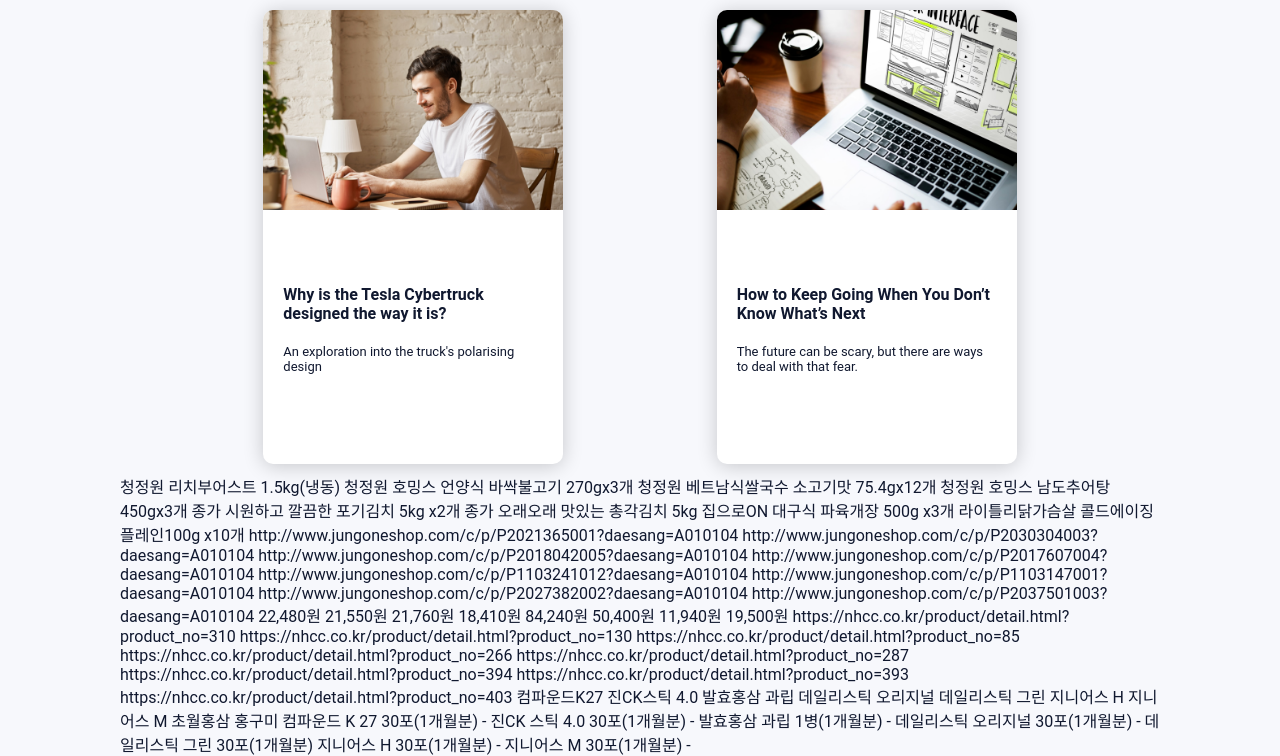
Repository: Nam936/exercises
Page: card.html
The author's editor kept a copy of each file at every save. The page is drawn from the files as they stood at one save, then again after the next save.
The browser window is 1280 px wide. The pictures show the whole page.

Above is the page before, as saved 2023-01-13 13:35:35.

### card.html
<!DOCTYPE html>
<html lang="en">

<head>
    <meta charset="UTF-8" />
    <meta name="viewport" content="width=device-width, initial-scale=1.0" />
    <meta http-equiv="X-UA-Compatible" content="ie=edge" />
    <title>Card Layout with CSS Grid</title>
    <link rel="stylesheet" href="card.css" />
    <link href="https://fonts.googleapis.com/css?family=Open+Sans&display=swap" rel="stylesheet" />
</head>

<body>


    <div class="container">
        <div class="card">
            <div class="card-header">
                <img src="/img/Rectangle 66.png" alt="rover" />
            </div>
            <div class="card-body">
                <h4>
                    Why is the Tesla Cybertruck designed the way it
                    is?
                </h4>
                <p>
                    An exploration into the truck's polarising design
                </p>
            </div>
        </div>
        <div class="card">
            <div class="card-header">
                <img src="/img/Rectangle 66_2.png"
                    alt="ballons" />
            </div>
            <div class="card-body">
                <h4>
                    How to Keep Going When You Don’t Know What’s Next
                </h4>
                <p>
                    The future can be scary, but there are ways to
                    deal with that fear.
                </p>

            </div>
        </div>

        <!-- <main>
        <section class="cards">
            <div class="card">
                <div class="card-image-container">
                    <img
                        src="https://images.unsplash.com/photo-1464822759023-fed622ff2c3b?ixlib=rb-1.2.1&ixid=eyJhcHBfaWQiOjEyMDd9&auto=format&fit=crop&w=1200&q=80" />
                </div>
                <div class="card-content">
                    <p class="card-title text-medium">
                        10 secrets to connect with your audience through your website and blog
                    <p>It is not the same to write a blog with simple information as to write by connecting with your
                        target.</p>
                    </p>
                    <div class="day">
                        <div class="blog-date">
                            <img src="/img/Iconex/Calendar.svg" alt="">
                            <p>May 7 2022</p>
                        </div>
                        <div class="time">
                            <img src="/img/Iconex/Time Circle.svg" alt="">
                            <p>10 min read</p>
                        </div>
                    </div>
                </div>
            </div>
            <div class="card">
                <div class="card-image-container">
                    <img
                        src="https://images.unsplash.com/photo-1519681393784-d120267933ba?ixlib=rb-1.2.1&ixid=eyJhcHBfaWQiOjEyMDd9&auto=format&fit=crop&w=1200&q=80" />
                </div>
                <div class="card-content">
                    <p class="card-title text-medium">
                        10 secrets to connect with your audience through your website and blog
                    <p>It is not the same to write a blog with simple information as to write by connecting with your
                        target.</p>
                    </p>
                    <div class="day">
                        <div class="blog-date">
                            <img src="/img/Iconex/Calendar.svg" alt="">
                            <p>May 7 2022</p>
                        </div>
                        <div class="time">
                            <img src="/img/Iconex/Time Circle.svg" alt="">
                            <p>10 min read</p>
                        </div>
                    </div>
                </div>
            </div>
            <div class="card">
                <div class="card-image-container">
                    <img
                        src="https://images.unsplash.com/photo-1519681393784-d120267933ba?ixlib=rb-1.2.1&ixid=eyJhcHBfaWQiOjEyMDd9&auto=format&fit=crop&w=1200&q=80" />
                </div>
                <div class="card-content">
                    <p class="card-title text-medium">
                        10 secrets to connect with your audience through your website and blog
                    <p>It is not the same to write a blog with simple information as to write by connecting with your
                        target.</p>
                    </p>
                    <div class="day">
                        <div class="blog-date">
                            <img src="/img/Iconex/Calendar.svg" alt="">
                            <p>May 7 2022</p>
                        </div>
                        <div class="time">
                            <img src="/img/Iconex/Time Circle.svg" alt="">
                            <p>10 min read</p>
                        </div>
                    </div>
                </div>
            </div> -->
        <!-- <div class="blog-thumbnail">
                <div class="thumbnail">
                    <div class="thumb">
                        <p>These web design trends will help inform and inspire what people build for the web</p>
                        <div class="day">
                            <div class="blog-date">
                                <img src="/img/Iconex/Calendar.svg" alt="">
                                <p>May 7 2022</p>
                            </div>
                            <div class="time">
                                <img src="/img/Iconex/Time Circle.svg" alt="">
                                <p>10 min read</p>
                            </div>
                        </div>
                    </div>
                    <div class="thumb-img">
                        <img src="/img/thumb1.png" alt="">
                    </div>
                </div>

                <div class="thumbnail">
                    <div class="thumb">
                        <p>These web design trends will help inform and inspire what people build for the web</p>
                        <div class="day">
                            <div class="blog-date">
                                <img src="/img/Iconex/Calendar.svg" alt="">
                                <p>May 7 2022</p>
                            </div>
                            <div class="time">
                                <img src="/img/Iconex/Time Circle.svg" alt="">
                                <p>10 min read</p>
                            </div>
                        </div>
                    </div>
                    <div class="thumb-img">
                        <img src="/img/thumb2.png" alt="">
                    </div>
                </div>
                <div class="thumbnail">
                    <div class="thumb">
                        <p>These web design trends will help inform and inspire what people build for the web</p>
                        <div class="day">
                            <div class="blog-date">
                                <img src="/img/Iconex/Calendar.svg" alt="">
                                <p>May 7 2022</p>
                            </div>
                            <div class="time">
                                <img src="/img/Iconex/Time Circle.svg" alt="">
                                <p>10 min read</p>
                            </div>
                        </div>
                    </div>
                    <div class="thumb-img">
                        <img src="/img/thumb3.png" alt="">
                    </div>
                </div>
            </div> -->
        <!-- </section>

    </main>
</body>

</html> -->


        <!-- <section class="cards-cus">
    <div class="card-cus">
        <div class="card-image-container-cus">
            <img
                src="https://images.unsplash.com/photo-1464822759023-fed622ff2c3b?ixlib=rb-1.2.1&ixid=eyJhcHBfaWQiOjEyMDd9&auto=format&fit=crop&w=1200&q=80" />
        </div>
        <div class="card-content-cus">
            <p class="card-title-cus">
                10 secrets to connect with your audience through your website and blog
            <p>It is not the same to write a blog with simple information as to write by connecting with your target.</p>
            </p>
            <div class="day-cus">
                <div class="date-cus">
                    <img src="/img/Iconex/Calendar.svg" alt="">
                    <p>May 7 2022</p>
                </div>
                <div class="time-cus">
                    <img src="/img/Iconex/Time Circle.svg" alt="">
                    <p>10 min read</p>
                </div>
            </div>
        </div>
    </div>
    <div class="card-cus">
        <div class="card-image-container-cus">
            <img
                src="https://images.unsplash.com/photo-1519681393784-d120267933ba?ixlib=rb-1.2.1&ixid=eyJhcHBfaWQiOjEyMDd9&auto=format&fit=crop&w=1200&q=80" />
        </div>
        <div class="card-content-cus">
            <p class="card-title-cus">
                10 secrets to connect with your audience through your website and blog
            <p>It is not the same to write a blog with simple information as to write by connecting with your target.</p>
            </p>
            <div class="day-cus">
                <div class="date-cus">
                    <img src="/img/Iconex/Calendar.svg" alt="">
                    <p>May 7 2022</p>
                </div>
                <div class="time-cus">
                    <img src="/img/Iconex/Time Circle.svg" alt="">
                    <p>10 min read</p>
                </div>
            </div>
        </div>
    </div>
</section> -->



청정원 리치부어스트 1.5kg(냉동)
청정원 호밍스 언양식 바싹불고기 270gx3개
청정원 베트남식쌀국수 소고기맛 75.4gx12개
청정원 호밍스 남도추어탕 450gx3개
종가 시원하고 깔끔한 포기김치 5kg x2개
종가 오래오래 맛있는 총각김치 5kg
집으로ON 대구식 파육개장 500g x3개
라이틀리닭가슴살 콜드에이징 플레인100g x10개

http://www.jungoneshop.com/c/p/P2021365001?daesang=A010104
http://www.jungoneshop.com/c/p/P2030304003?daesang=A010104
http://www.jungoneshop.com/c/p/P2018042005?daesang=A010104
http://www.jungoneshop.com/c/p/P2017607004?daesang=A010104
http://www.jungoneshop.com/c/p/P1103241012?daesang=A010104
http://www.jungoneshop.com/c/p/P1103147001?daesang=A010104
http://www.jungoneshop.com/c/p/P2027382002?daesang=A010104
http://www.jungoneshop.com/c/p/P2037501003?daesang=A010104


22,480원
21,550원
21,760원
18,410원
84,240원
50,400원
11,940원
19,500원



https://nhcc.co.kr/product/detail.html?product_no=310
https://nhcc.co.kr/product/detail.html?product_no=130
https://nhcc.co.kr/product/detail.html?product_no=85
https://nhcc.co.kr/product/detail.html?product_no=266
https://nhcc.co.kr/product/detail.html?product_no=287
https://nhcc.co.kr/product/detail.html?product_no=394
https://nhcc.co.kr/product/detail.html?product_no=393
https://nhcc.co.kr/product/detail.html?product_no=403

컴파운드K27
진CK스틱 4.0
발효홍삼 과립
데일리스틱 오리지널
데일리스틱 그린
지니어스 H
지니어스 M
초월홍삼 홍구미



컴파운드 K 27 30포(1개월분) -
진CK 스틱 4.0 30포(1개월분) -
발효홍삼 과립 1병(1개월분) -
데일리스틱 오리지널 30포(1개월분) -
데일리스틱 그린 30포(1개월분)
지니어스 H 30포(1개월분) -
지니어스 M 30포(1개월분) -

### card.css


* {
    box-sizing: border-box;
}

body {
    display: flex;
    justify-content: center;
    align-items: center;
    margin: 0;
    background-color: #f7f8fc;
    font-family: "Roboto", sans-serif;
    color: #10182f;
}

.container {
    display: flex;
    width: 1040px;
    justify-content: space-evenly;
    flex-wrap: wrap;
}

.card {
    margin: 10px;
    background-color: #fff;
    border-radius: 10px;
    box-shadow: 0 2px 20px rgba(0, 0, 0, 0.2);
    overflow: hidden;
    width: 300px;
}

.card-header img {
    width: 100%;
    height: 200px;
    object-fit: cover;
}

.card-body {
    display: flex;
    flex-direction: column;
    justify-content: center;
    align-items: flex-start;
    padding: 20px;
    min-height: 250px;
}

.card-body p {
    font-size: 13px;
    margin: 0 0 40px;
}




/* * {
    box-sizing: border-box;
    padding: 0;
    margin: 0;
}

body {
    background-color: #303032;
}

main {
    display: grid;
    grid-template-columns: 1fr 1fr 1fr;;
    grid-gap: 40px;
    padding: 60px 0;
}

.text-medium {
    font-family: "Open Sans", sans-serif;
    font-size: 16px;
    line-height: 20px;
    font-weight: 400;
    color: #ecf0f1;
}

.cards {
    grid-column: 1 / span 3;
    display: grid;
    grid-template-columns: 1fr 1fr 1fr;
    grid-gap: 40px;
}

.card {
    grid-column-end: span 4;
    display: flex;
    flex-direction: column;
    background-color: #39393b;
    cursor: pointer;
    transition: all 0.3s ease 0s;
}

.card:hover {
    transform: translateY(-7px);
}

.card-image-container {
    width: 100%;
    padding-top: 56.25%;
    overflow: hidden;
    position: relative;
}

.card-image-container img {
    width: 100%;
    position: absolute;
    top: 50%;
    left: 50%;
    transform: translate(-50%, -50%);
}

.card-content {
    padding: 20px;
}

.card-title {
    margin-bottom: 20px;
}

.day {
    display: flex;
    align-self: end;
    align-items: center;
    margin-top: 20px;
}

.time {
    margin-left: 20px;
}

.time p {
    float: right;
    margin-left: 5px;
    display: -webkit-box;
    -webkit-box-orient: vertical;
    -webkit-line-clamp: 3;
    overflow: hidden;


}

.blog-date p {
    float: right;
    margin-left: 5px;
    display: -webkit-box;
    -webkit-box-orient: vertical;
    -webkit-line-clamp: 3;
    overflow: hidden;
}

.card-price {
    margin-left: auto;
    padding: 5px 20px;
    background-color: #303032;
    border-radius: 20px;
}

@media only screen and (max-width: 1000px) {
    .card {
        grid-column-end: span 6;
    }
}

@media only screen and (max-width: 700px) {
    main {
        grid-gap: 20px;
    }

    .card {
        grid-column-end: span 12;
    }
}

@media only screen and (max-width: 500px) {
    main {
        grid-template-columns: 10px repeat(6, 1fr) 10px;
        grid-gap: 10px;
    }

    .cards {
        grid-column: 2 / span 6;
        grid-template-columns: repeat(6, 1fr);
        grid-gap: 20px;
    }

    .card {
        grid-column-end: span 6;
    }

    .card-content p {
        display: -webkit-box;
        -webkit-box-orient: vertical;
        -webkit-line-clamp: 1;
        overflow: hidden;
    }

}


.blog-thumbnail {
    display: flex;
    flex-direction: column;
    justify-content: space-between;
    padding: 30px 30px;
}

.thumbnail {
    display: flex;
    border-bottom: 1px solid rgba(156, 154, 154, 0.2);
}

.thumb {
    display: -webkit-box;
    -webkit-box-orient: vertical;
    -webkit-line-clamp: 3;
    overflow: hidden;
}

.day {
    display: flex;
    margin-top: 20px;

}

.thumb-img {
    width: 100px;
    height: 100px;
    line-height: 100px;
}

.thumb-img img {
    max-width: 100%;
    border-radius: 10px;
} */



/* * {
    box-sizing: border-box;
    padding: 0;
    margin: 0;
}

body {
    background-color: #303032;
}

.main-recent {
    display: grid;
    grid-template-columns: 1fr repeat(12, minmax(auto, 100%)) 1fr;
    grid-gap: 40px;
    padding: 60px 0;
}

.cards {
    grid-column: 2 / span 12;
    display: grid;
    grid-template-columns: repeat(12, minmax(auto, 60px));
    grid-gap: 40px;
    justify-content: center;
}

.card {
    grid-column-end: span 4;
    display: flex;
    flex-direction: column;
    background-color: #39393b;
    cursor: pointer;
    transition: all 0.3s ease 0s;
}

.card:hover {
    transform: translateY(-7px);
}

.card-image-container {
    width: 100%;

    overflow: hidden;
}

.card-image-container img {

    width: 100%;

}

@media only screen and (max-width: 1000px) {
    .card {
        grid-column-end: span 6;
    }
}

@media only screen and (max-width: 700px) {
    main {
        grid-gap: 20px;
    }

    .card {
        grid-column-end: span 12;
    }
}

@media only screen and (max-width: 500px) {
    main {
        grid-template-columns: 10px repeat(6, 1fr) 10px;
        grid-gap: 10px;
    }

    .cards {
        grid-column: 2 / span 6;
        grid-template-columns: repeat(6, 1fr);
        grid-gap: 20px;
    }

    .card {
        grid-column-end: span 6;
    }
} */

After the next save:
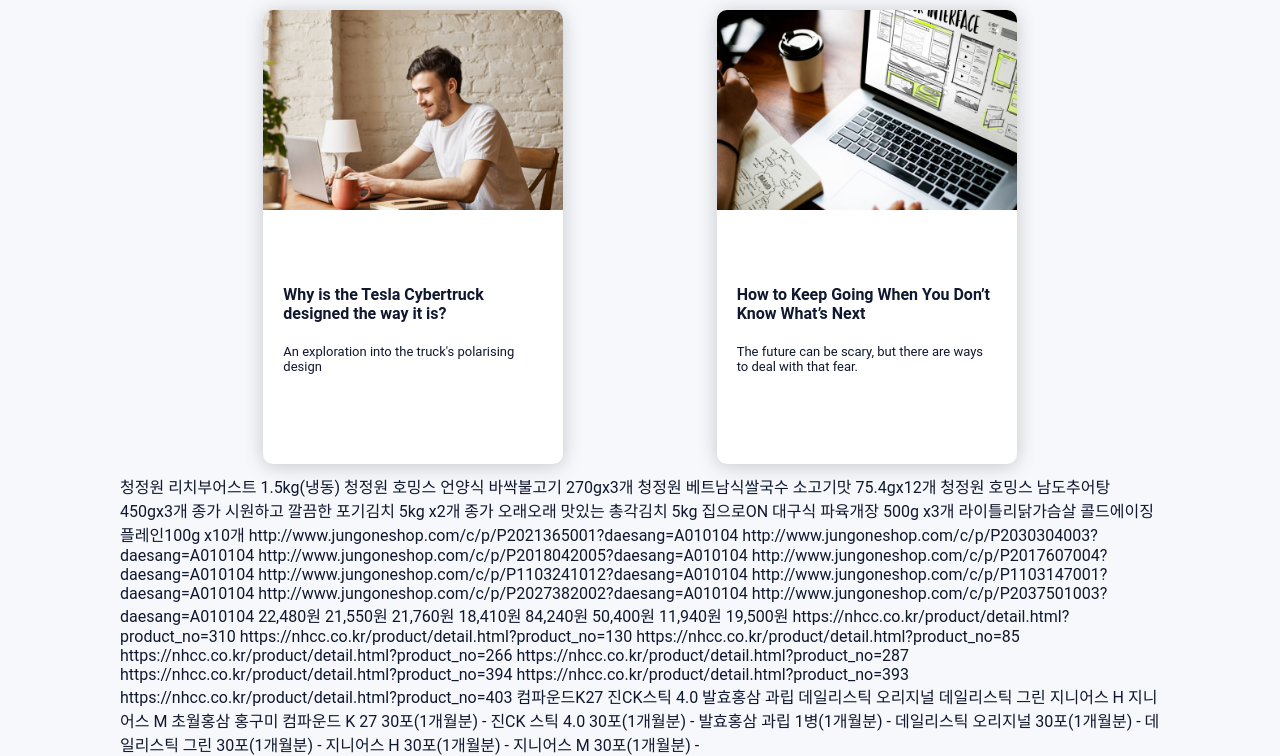
Saved 4 s later.
--- a/card.html
+++ b/card.html
@@ -284,6 +284,6 @@ https://nhcc.co.kr/product/detail.html?product_no=403
 진CK 스틱 4.0 30포(1개월분) -
 발효홍삼 과립 1병(1개월분) -
 데일리스틱 오리지널 30포(1개월분) -
-데일리스틱 그린 30포(1개월분)
+데일리스틱 그린 30포(1개월분) -
 지니어스 H 30포(1개월분) -
 지니어스 M 30포(1개월분) -
